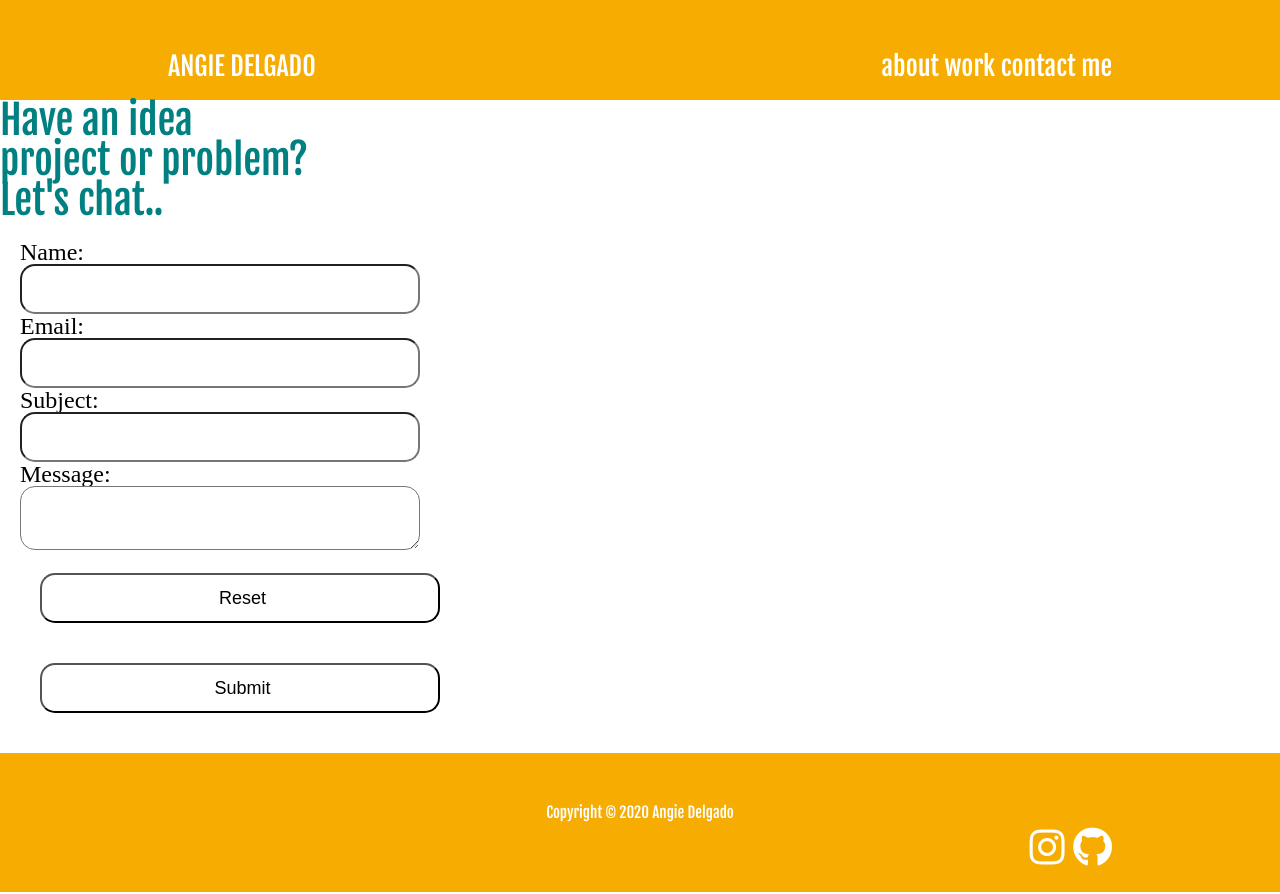
Repository: seleniadelgado/meda-spring2020-angie
Page: projects/portfolio/contact.html
An editor plug-in stored every save of this project. The page is shown before and after the next save, followed by the edit.
The browser window is 1280 px wide. The pictures show the whole page.

Above is the page before, as saved 2020-03-02 22:38:23.

### projects/portfolio/contact.html
<!DOCTYPE html>
 <html lang="en">
    <head>
        <meta charset="utf-8">
        <meta http-equiv="X-UA-Compatible" content="IE=edge">
        <title>Angie Delgado</title>
        <meta name="description" content="">
        <meta name="viewport" content="width=device-width, initial-scale=1">
        <link rel="stylesheet" href="reset.css">
        <link rel="stylesheet" href="styles.css">
        <link rel="stylesheet" href="css/all.css">

    </head>
    <body>
    <header>
            <nav>
                <div id="myName">
                    <a href="index.html">Angie Delgado</a>
                </div>
                <div>
                    <ul id="menu">
                        <li><a href="index.html">About</a></li>
                        <li><a href="work.html">Work</a></li>
                        <li><a href="contact.html">Contact me</a></li>
                    </ul>
                </div>
            </nav>
    </header>
    <div class="contact">
        <div class="contact_header">
            <p>Have an idea<br>project or problem?<br>Let's chat..</p>
        </div>
        <div class="flex-form">
            <form id="contact-form" action="#">
                <label for="name">Name: </label>
                <input type="text" id="name">
                <br>
                <label for="email">Email: </label>
                <input type="text" id="email">
                <br>
                <label for="subject">Subject: </label>
                <input type="text" id="subject">
                <br>
                <label for="message">Message:</label>
                <textarea id="message"></textarea>
                <br>
                <input class="form-buttons" type="reset">
                <input class="form-buttons" type="submit">
            </form>
        </div>
    </div>
    <footer>
        <div class="copyright"><p>Copyright &copy; 2020 Angie Delgado</p></div>
        <div class="social">
            <ul>
                <li><a href="https://github.com/seleniadelgado"> <i class="fab fa-instagram"></i></li></a>
                <li><a href="https://www.instagram.com/angieselenia/"><i class="fab fa-github"></i></li></a>
            </ul>
        </div>
    </footer>
    </body>
</html>

### projects/portfolio/styles.css
@import url('https://fonts.googleapis.com/css?family=Fjalla+One|Noto+Sans&display=swap');
body {
    width: 100%;
}
header, footer {
    background-color: #f6ac00;
    padding: 50px;
    font-size: 26px;
    font-family: 'Fjalla One', Arial, Helvetica, sans-serif;
    line-height: normal;
    /* font-family: 'Noto Sans', ;*/
}
/* navbar starts*/
#myName a {
    float: left;
    text-decoration: none;
    color: white;
    text-transform: uppercase;
    padding-left: 10%;
}
ul {
    display: block;
    list-style-type: none;
    margin: 0;
    padding-right: 10%;
    float: right;
    text-decoration: none;
 }

 li {
    display: inline;
    text-transform: lowercase;
 }
 li a {
    text-decoration: none;
    color: white;
 }
 /*nav styles ends */

/* About me starts */
.aboutMe {
    display: flex;
}
.image {
    align-items: flex-start;
    margin-left: 15%;
    margin-top: 5%;
    margin-bottom: 5%;
    filter: grayscale(100%);
}
.aboutMe #aboutMeParagraph {
    align-items: center;
    margin-top: 17%;
    margin-bottom: 10%;
    margin-left: 10%;
    margin-right: 20%;
    font-family: 'Noto Sans';

}
/* about me ends */
/*resume and work starts */
.work {
    display: flex;
    margin-bottom: 15%;
    flex-direction: column;
    flex-wrap: wrap;
}
.work p {
    font-family: Noto Sans;
    font-weight: 800;
    font-size: 36px;
    margin-top: 5%;
    margin-left: 6%;
    margin-bottom: 40%;
}
.work .projects {
    display: flex;
    justify-content: space-around;
}
.work img {
    width: 300px;
    height: 300px;
    border: solid whitesmoke;
    margin-bottom: 20%;
}
.work .resume a {
    text-decoration: none;
    font-family: 'Fjalla One';
    font-size: 40px;
    color: black;
    margin-left: 6%;
}
/* resume and work ends */
/* contact starts */
.contact_header p {
    font-family: 'Fjalla One';
    font-size: 40px;
    color: teal;
}
#contact-flexbox {
    display: flex;
}

#contact-flexbox div:first-child {
    flex-grow: 3;
}

#contact-flexbox div:last-child {
    flex-grow: 1;
    background-color: ;

}
#contact-form {
    width: 400px;
    margin: 20px;
}

#contact-form label {
    font-size: 24px;
}

#contact-form input {
    width: 400px;
    height: 50px;
    border-radius: 15px;
    box-sizing: border-box;
    font-size: 18px;
    color: black;
    padding-left: 11px;
    background-color: white;
}
.form-buttons {
    margin: 20px;
    font-size: 18px;
    width: 360px;

}
#contact-form textarea {
    border-radius: 15px;
    width: 100%;
    box-sizing: border-box;
    padding: 11px;
    font-size: 18px;
}
#additional-info {
    line-height: 40px;
    color: black;
}
#additional-info dd a {
    text-decoration: none;
}
/*contact end*/

 /* Footer style starts */
 footer {
    color: white;
    text-shadow: black;
    margin: 0 auto;
 }
 .copyright {
    text-align: center;
    font-size: 15px;
 }
 .social {
    text-align: right;
    margin-bottom: 20px;
    font-size: 40px;
 }
/* footer ends */

Loaded but not shown: projects/portfolio/reset.css (common file); projects/portfolio/css/all.css (library)

After the next save:
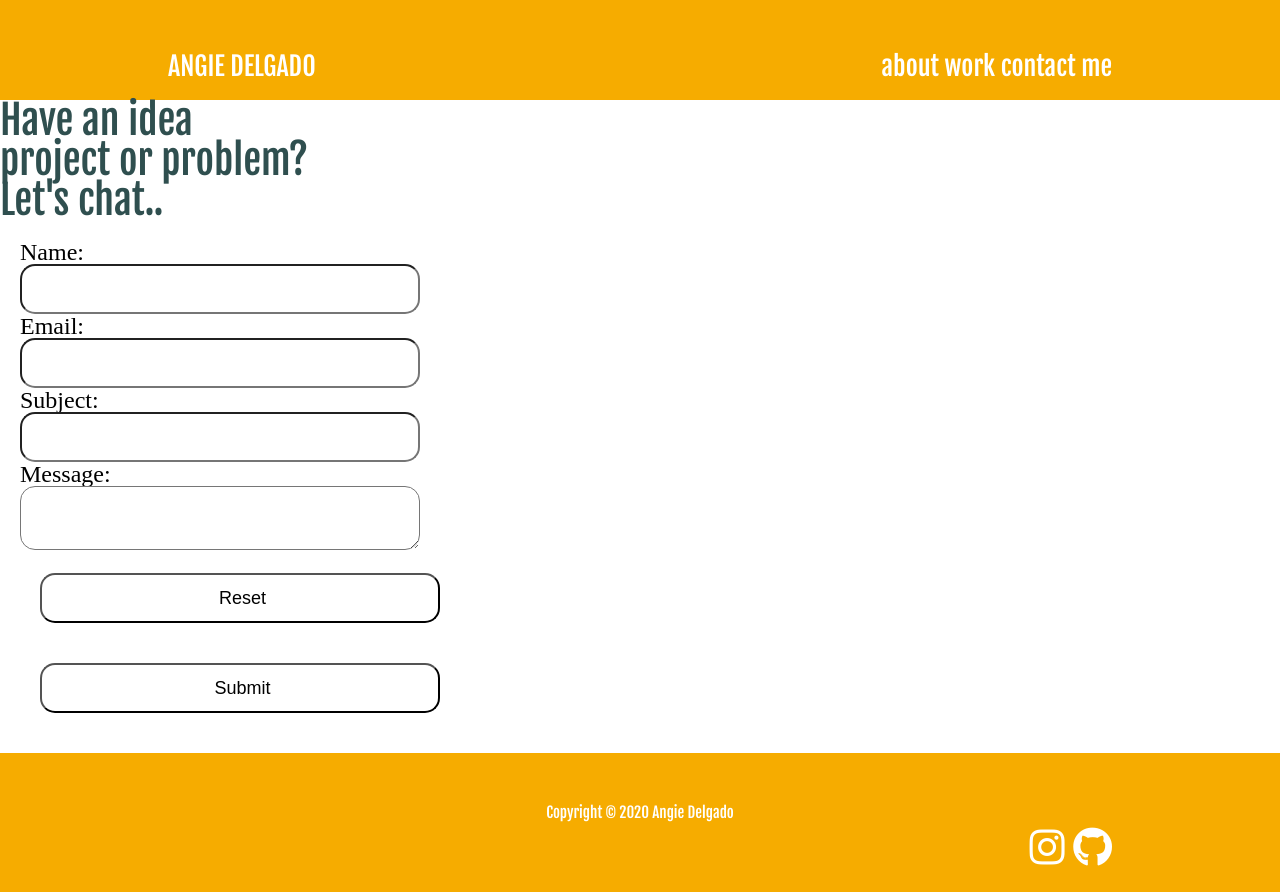
Saved 3 min 56 s later.
--- a/projects/portfolio/styles.css
+++ b/projects/portfolio/styles.css
@@ -95,7 +95,7 @@
 .contact_header p {
     font-family: 'Fjalla One';
     font-size: 40px;
-    color: teal;
+    color: darkslategrey;
 }
 #contact-flexbox {
     display: flex;
